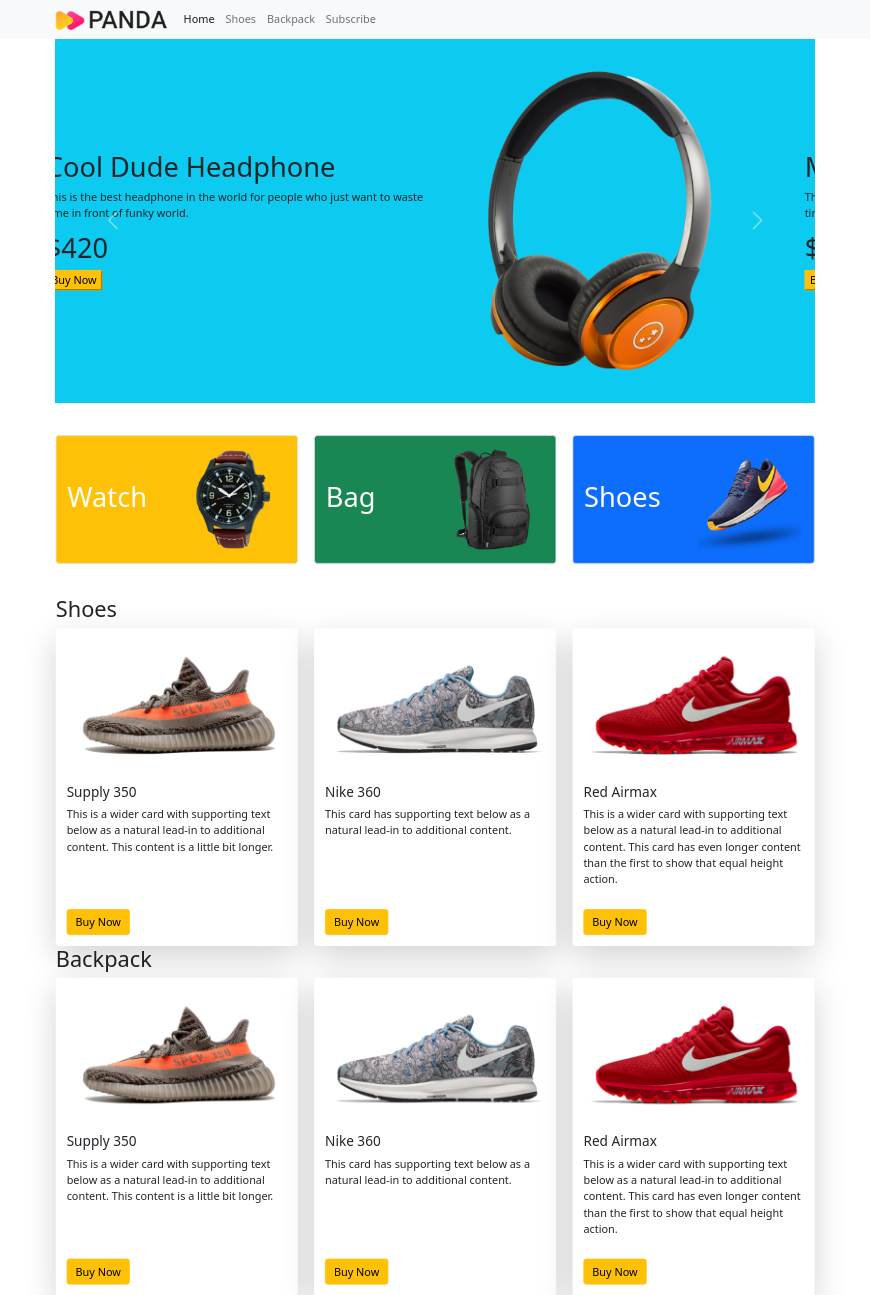
Repository: mdmohiddin/panda-commerce-rp
Page: index.html
These files come from the project's save history. The page is drawn as it stood at one moment and after the next save; the edit follows.
The browser window is 1280 px wide. The pictures show the whole page, at 68% of full size.

Above is the page before, as saved 2021-07-28 19:18:46.

After the next save:
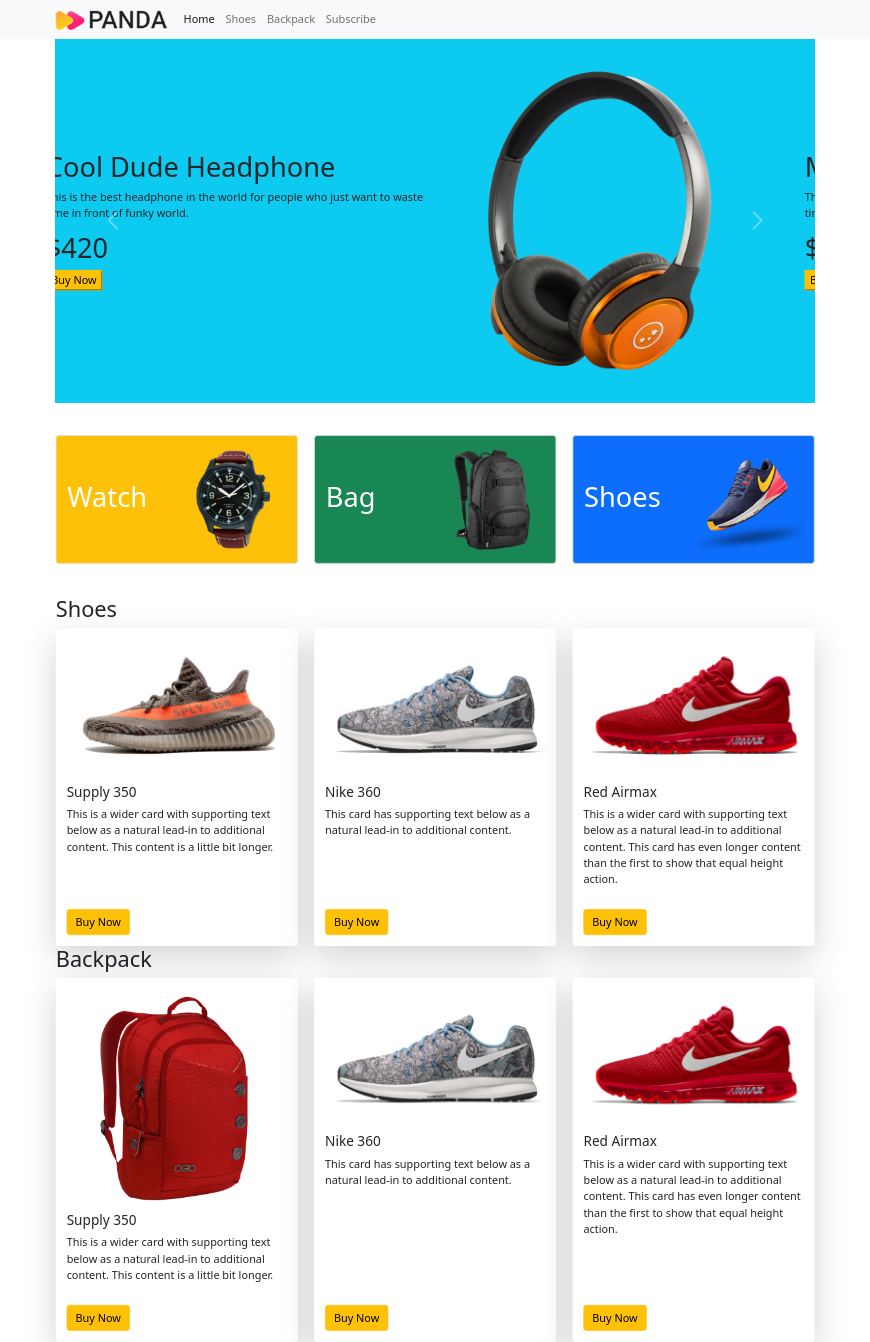
Saved 35 s later.
--- a/index.html
+++ b/index.html
@@ -188,7 +188,7 @@
 
                 <div class="col">
                   <div class="card h-100 border-0 shadow-lg">
-                    <img src="images/shoes/shoe-1.png" class="card-img-top" alt="...">
+                    <img src="images/bags/bag-1.png" class="card-img-top" alt="...">
                     <div class="card-body">
                       <h5 class="card-title">Supply 350</h5>
                       <p class="card-text">This is a wider card with supporting text below as a natural lead-in to additional content. This content is a little bit longer.</p>
